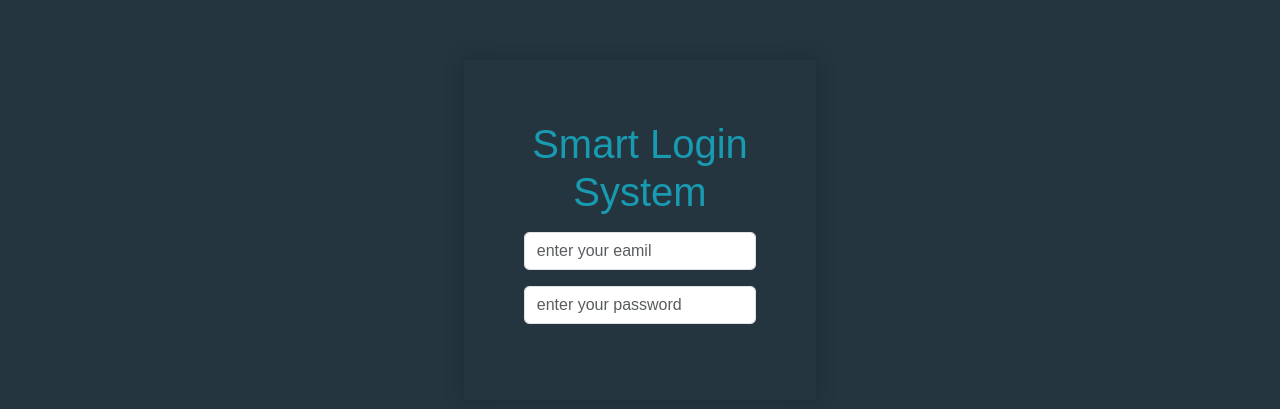
Repository: bodajava/TASK-4
Page: index.html
An editor plug-in stored every save of this project. The page is shown before and after the next save, followed by the edit.
The browser window is 1280 px wide. The pictures show the whole page.

Above is the page before, as saved 2025-06-16 18:49:58.

After the next save:
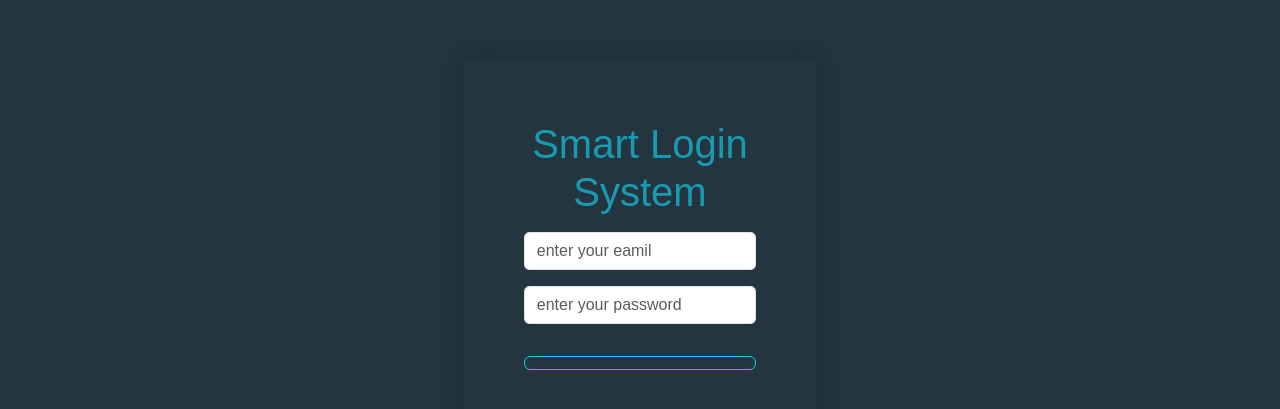
Saved 89 s later.
--- a/index.html
+++ b/index.html
@@ -24,6 +24,7 @@
           placeholder="enter your password"
           id="signinPassword"
         />
+        <button class="btn btn-outline-info w-100 my-3"></button>
       </div>
     </div>
 
